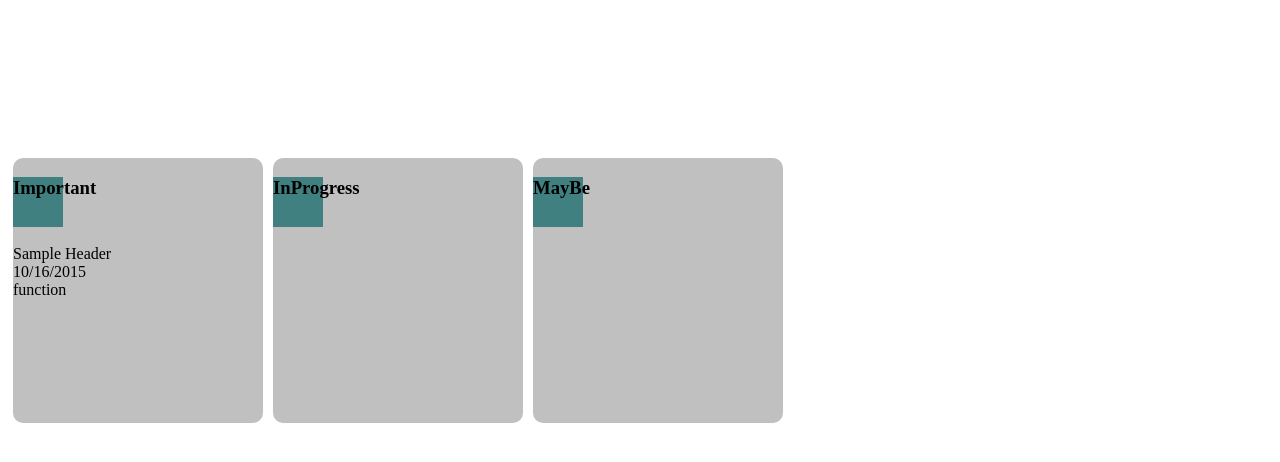
Repository: TharanyaM/Adaptavant--project
Page: Jdo/war/todo.html
An editor plug-in stored every save of this project. The page is shown before and after the next save, followed by the edit.
The browser window is 1280 px wide. The pictures show the whole page.

Above is the page before, as saved 2015-10-16 13:26:22.

After the next save:
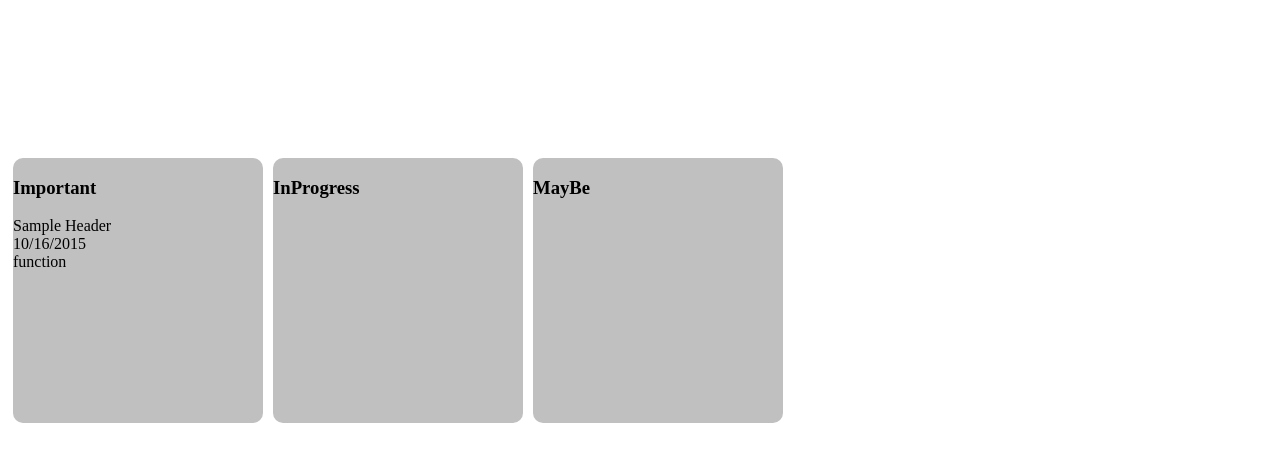
Saved 3 h 0 min later.
--- a/Jdo/war/style.css
+++ b/Jdo/war/style.css
@@ -8,10 +8,3 @@
   border-radius: 10px;
   padding-bottom: 15px;
 }
-#head
-{
-	height:50px;
-	width:50px;
-	background-color:#408080;
-	border-radious:10px;
-}
